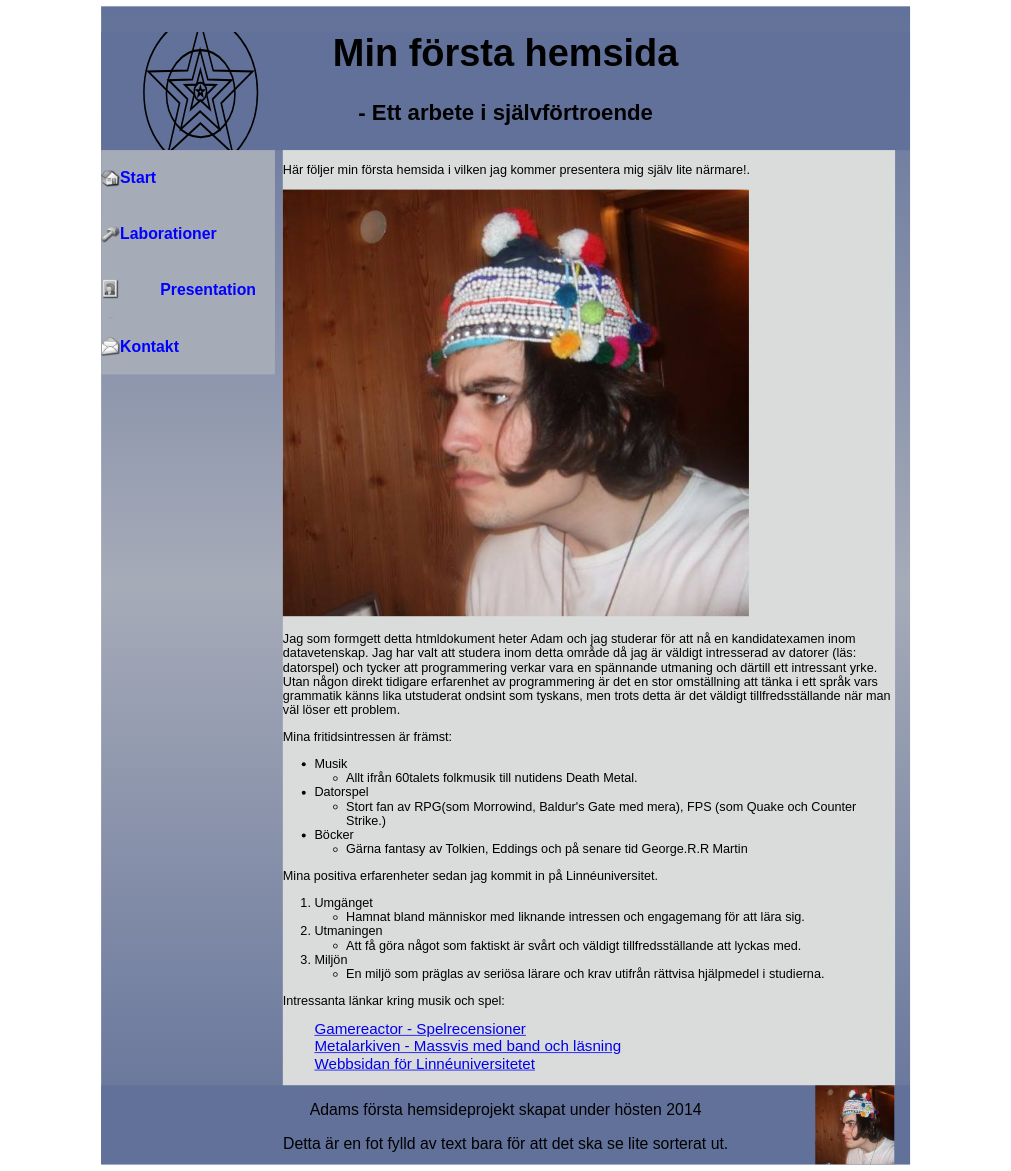
Repository: ao222qc/1IK415_ao222qc_copycat
Page: pages/presentation.html
The author's editor kept a record of every edit. The page is drawn from the files as they stood at one moment, then again after the next edit.
The browser window is 1280 px wide. The pictures show the whole page, at 79% of full size.

Above is the page before.

### pages/presentation.html
<!doctype html>
<html lang="sv">
    <head>
        <meta charset = "utf-8">
        <title> Ett första litet dokument</title>
        <link rel="stylesheet" href="../pics/css/style.css" media="screen">
        <link rel="stylesheet" href="../pics/css/print.css" media="print">
        <link rel="stylesheet" href="../pics/css/mobile.css" media="screen and (max-device-width: 480px") />
        <meta content='width=device-width; initial-scale=1.0; maximum-scale=1.0; user-scalable=0;' name='viewport' />
    </head>
<body>
    <div id="background">
    <div id="header">
        <h1>Min första hemsida</h1>
        <h3>- Ett arbete i självförtroende</h3>
    </div>
    <div id="navigation">
        <ul>
            <li><a class="index" href="../index.html">Start</a></li>
            <li><a class="laborationer" href="laborationer.html">Laborationer</a></li>
            <li class="active"><a class="presentation" href="presentation.html">Presentation</a></li>
            <li><a class="kontakt" href="kontakt.html">Kontakt</a></li>
        </ul>
    </div>

    <div id="content">
    <p>Här följer min första hemsida i vilken jag kommer presentera mig själv lite närmare!.</p>
    <A NAME="MittNylle"></A>
    <img id="mittnylle" src="../pics/labbild.jpg" alt="">
    <p>Jag som formgett detta htmldokument heter Adam och jag studerar för att nå en kandidatexamen inom datavetenskap.
    Jag har valt att studera inom detta område då jag är väldigt intresserad av datorer (läs: datorspel) och tycker att
    programmering verkar vara en spännande utmaning och därtill ett intressant yrke. Utan någon direkt tidigare erfarenhet
    av programmering är det en stor omställning att tänka i ett språk vars grammatik känns lika utstuderat ondsint som
    tyskans, men trots detta är det väldigt tillfredsställande när man väl löser ett problem.</p>


    <p>Mina fritidsintressen är främst:</p> <!-- här blandar jag vilt två listformer-->
    <ul>
        <li>Musik
            <ul>
                <li>Allt ifrån 60talets folkmusik till nutidens Death Metal.</li>
            </ul>
        <li>Datorspel
            <ul>
                <li>Stort fan av RPG(som Morrowind, Baldur's Gate med mera), FPS (som Quake och Counter Strike.)</li>
            </ul>
        <li>Böcker
            <ul>
                <li>Gärna fantasy av Tolkien, Eddings och på senare tid George.R.R Martin</li>
            </ul>
        </li>
    </ul>
    <p>Mina positiva erfarenheter sedan jag kommit in på Linnéuniversitet.</p>
    <ol>
        <li>Umgänget
            <ul>
                <li>Hamnat bland människor med liknande intressen och engagemang för att lära sig.</li>
            </ul>
        <li>Utmaningen
            <ul>
                <li>Att få göra något som faktiskt är svårt och väldigt tillfredsställande att lyckas med.</li>
            </ul>
        <li>Miljön
            <ul>
                <li>En miljö som präglas av seriösa lärare och krav utifrån rättvisa hjälpmedel i studierna.</li>
            </ul>
    </ol>
    <p>Intressanta länkar kring musik och spel:</p>
    <ul>
        <li class="link"><a href="http://www.gamereactor.se">Gamereactor - Spelrecensioner</a></li>
        <li class="link"><a href="http://www.metal-archives.com/">Metalarkiven - Massvis med band och läsning</a></li>
        <li class="link"><a href="http://www.lnu.se">Webbsidan för Linnéuniversitetet</a></li>
    </ul>
    </div>
    <div id="footer">
        <p>Adams första hemsideprojekt skapat under hösten 2014</p>
        <p>Detta är en fot fylld av text bara för att det ska se lite sorterat ut.</p>
    </div>
    </div>
</body>
</html>

### pics/css/style.css
#background
{
    width:1024px;
    height: auto;
    margin: 0 auto;
    background: linear-gradient(#627199, #A6ABB8 ,#627199);
    overflow:auto;
    font-family:Arial;
}

#header
{
    background-color:#627199 ;
    width:1024px;
    height:150px;
    margin-left: auto;
    margin-right: auto;
    text-align: center;
    font-size:150%;
    background-image: url(../vektorgrafik.svg);
    background-size: 250px 250px;
    background-position: left 3px center;
    background-repeat: no-repeat;
}
#navigation
    {
    font-size: 125%;
    font-weight: bold;
    background-color: #A6ABB8;
    float:left;
    width:220px;
    }

    #navigation ul
    {
    list-style-type: none;
    margin: 0;
    padding: 0;
    }

    #navigation ul li a
    {
    text-decoration: none;
    padding: 24px 24px;
    color: blue;
    display:block;
    }
    #navigation a
    {
    background-image: url("../sprite.png");
    display:block;
    background-repeat: no-repeat;
    }

.index
{background-position: 0px -24px;}

.laborationer
{background-position: 0px -120px;}

.presentation
{background-position: 0px -218px;}

.kontakt
{background-position: 0px -312px;}

.index:hover
{background-position: 0px 24px;}

.laborationer:hover
{background-position: 0px -70px;}

.presentation:hover
{background-position: 0px -169px;}

.kontakt:hover
{background-position: 0px -265px;}


    #navigation ul li a:visited
    {
    color: Black;
    }
    #navigation ul li a:hover
    {
    color: white;
    background-color: #17223D;
    }
    .active
    {
    text-align:right;
    }

#content
 {
    background-color:#DADCDC;
    float:left;
    width:775px;
    height:auto;
    margin-left: 10px;
    margin-right: 10px;
 }
#footer
 {
    font-size:125%;
    text-align:center;
    background-color:#627199;
    float:left;
    width:1024px;
    text-align:center;
    height:100px;
    background-image: url(../labbild.jpg);
    background-size: 100px 100px;
    background-position: right 20px center;
    background-repeat: no-repeat;
 }
.link
{
    list-style:none;
    font-size:120%;
}
.right
{
    float:right;
    margin:10px;
    padding:10px;
}
.left /*om jag nu skall lägga in bild till vänster*/
{
    float:left;
}
table, td, th
{
   margin-left:215px;
   text-align:center;
   border: 2px Solid Navy;
}
#loggrubrik
{
    background-image: url(../vektorgrafik.svg);
    background-size: 50px 50px;
    padding-left: 50px;
    background-repeat: no-repeat;
    top: 75%;
}
@media print
{
navigation, header, footer
{
    display:none
}
}

### pics/css/print.css
body
{
  color : #000000;
  background : #ffffff;
  font-family : "Times New Roman", Times, serif;
  font-size : 12pt;
}
#navigation
{
    display: none;
}
img
{
    display:none;
    visibility: hidden;
}

a:link:after,
a:visited:after
{
    font-size : 12pt;
    content: " ("attr(href) ") ";
}

### pics/css/mobile.css
@media screen and (min-device-width: 320px) and (max-device-width: 480px) {

#background
{
    max-width:100%;
    margin-left:auto;
    margin-right:auto;
    max-height:100%;

}

table
{
    margin-left:2px;
}

#header
{
    max-width:100%;
    text-align:center;
    background-size: 100px, 100px;
    height:auto;
}
#navigation
{
    float:none;
    width:auto;
    text-align:center;
}
#content
{

  max-width:100%;
  padding: 0;
  margin: 0;
}
#vektorgrafik
{
    float:none;
    height:300px;
    width:300px;
}
#mittnylle
{
    height:300px;
    width:300px;
}
#loga
{
    height:300px;
    width:330px;
}
#footer
{
    max-width:100%;
    font-size:85%;
    background-position:right;
    text-align:left;
}





















}

After the next edit:
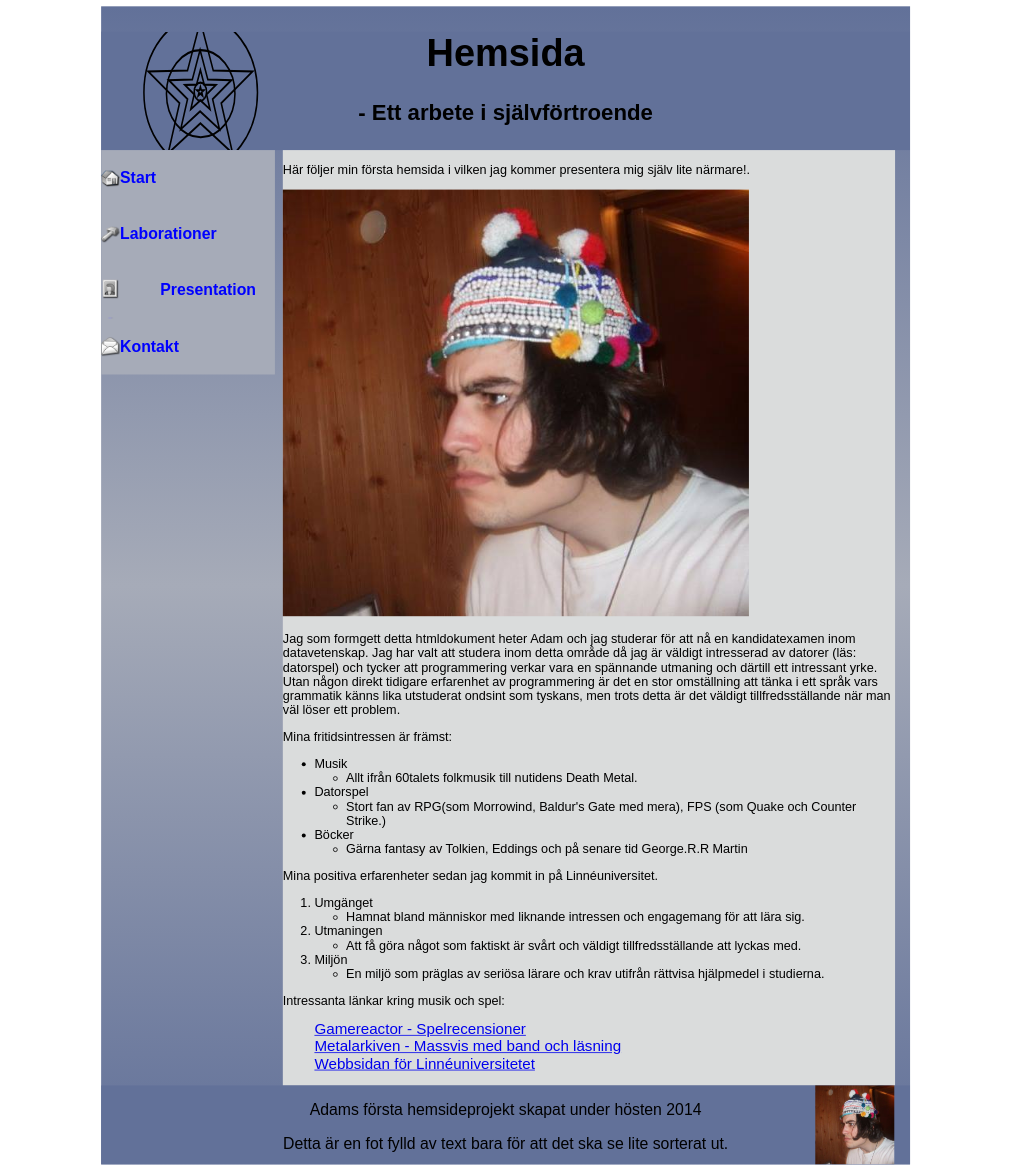
The edit:
--- a/pages/presentation.html
+++ b/pages/presentation.html
@@ -11,7 +11,7 @@
 <body>
     <div id="background">
     <div id="header">
-        <h1>Min första hemsida</h1>
+        <h1>Hemsida</h1>
         <h3>- Ett arbete i självförtroende</h3>
     </div>
     <div id="navigation">
